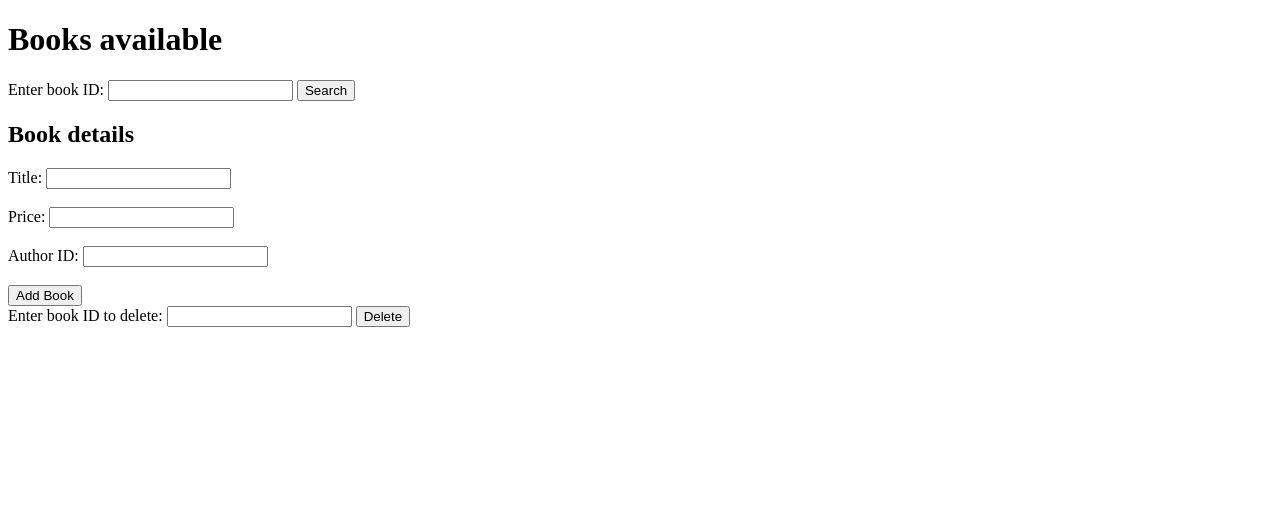
Repository: Afrozzzz/java-training
Page: shop/src/main/resources/static/books.html
The author's editor kept a copy of each file at every save. The page is drawn from the files as they stood at one save, then again after the next save.
The browser window is 1280 px wide. The pictures show the whole page.
The page's requests for data from a server got no answer.

Above is the page before, as saved 2025-03-03 09:50:37.

### shop/src/main/resources/static/books.html
<!DOCTYPE html>
<html lang="en">
<head>
    <meta charset="UTF-8">
    <meta name="viewport" content="width=device-width, initial-scale=1.0">
    <title>Books</title>
</head>
<body>
    <h1>Books available</h1>
    <ul id="bookList"></ul>

    <label for="bookId">Enter book ID:</label>
    <input type="number" id="bookId" name="bookId">
    <button id="searchButton">Search</button>

    <h2>Book details</h2>
    <p id="bookDetails"></p>

    <form id="bookForm">
        <label for="title">Title:</label>
        <input type="text" id="title" name="title"><br><br>
        <label for="price">Price:</label>
        <input type="text" id="price" name="price"><br><br>
        <label for="authorId">Author ID:</label>
        <input type="text" id="authorId" name="authorId"><br><br>
        <button type="button" onclick="addBook()">Add Book</button>
    </form>

    <label for="deleteBookId">Enter book ID to delete:</label>
    <input type="number" id="deleteBookId" name="deleteBookId">
    <button id="deleteButton">Delete</button>

    <script src="bookController.js"></script>
    <script>
        // Fetch all books and display them in a list
        fetch('/api/books')
            .then(response => response.json())
            .then(data => {
                const list = document.getElementById('bookList');
                data.forEach(book => {
                    const li = document.createElement('li');
                    li.textContent = `${book.title} having price $${book.price} with author ID ${book.authorId}`;
                    list.appendChild(li);
                });
            })
            .catch(error => console.error('Error fetching books data:', error));

        // Function to fetch book by ID and display its details
        function fetchBookById() {
            const bookId = document.getElementById("bookId").value;
            if (!bookId) {
                alert("Please enter a book ID");
                return;
            }
            fetch(`/api/books/${bookId}`)
                .then(response => {
                    if (!response.ok) {
                        throw new Error("Book not found");
                    }
                    return response.json();
                })
                .then(book => {
                    document.getElementById("bookDetails").textContent =
                        `Title: ${book.title} || Price: $${book.price} || Author ID: ${book.authorId}`;
                })
                .catch(error => {
                    document.getElementById("bookDetails").textContent = "Book not found";
                });
        }

        // Adding event listener to the search button
        document.getElementById("searchButton").addEventListener("click", fetchBookById);

        // Function to add a new book
        function addBook() {
            const title = document.getElementById('title').value;
            const price = document.getElementById('price').value;
            const authorId = document.getElementById('authorId').value;

            if (!title || !price || !authorId) {
                alert('Please fill in all fields');
                return;
            }

            const newBook = {
                title: title,
                price: price,
                authorId: authorId
            };

            fetch('/api/books', {
                method: 'POST',
                headers: {
                    'Content-Type': 'application/json'
                },
                body: JSON.stringify(newBook)
            })
            .then(response => {
                if (response.ok) {
                    alert('Book added successfully!');
                    // Optionally, refresh the book list by re-fetching the books
                    fetchBooks();  // Assuming fetchBooks is defined to refresh the list
                } else {
                    throw new Error('Failed to add book');
                }
            })
            .catch(error => {
                console.error('Error adding book:', error);
            });
        }

        // Function to delete a book by ID
        function deleteBook() {
            const bookId = document.getElementById('deleteBookId').value;
            if (!bookId) {
                alert('Please enter a book ID');
                return;
            }
            fetch(`/api/books/${bookId}`, {
                method: 'DELETE'
            })
            .then(response => {
                if (response.ok) {
                    alert('Book deleted successfully!');
                    // Optionally, refresh the book list by re-fetching the books
                    fetchBooks();  // Assuming fetchBooks is defined to refresh the list
                } else {
                    throw new Error('Failed to delete book');
                }
            })
            .catch(error => {
                console.error('Error deleting book:', error);
            });
        }

        // Add event listener to the delete button
        document.getElementById("deleteButton").addEventListener("click", deleteBook);
    </script>
</body>
</html>

### shop/src/main/resources/static/BookController.js
function addBook() {

    const title = document.getElementById('title').value;

    const price = document.getElementById('price').value;

    const authorId = document.getElementById('authorId').value;

    if (title && price && authorId) {

        const book = {

            title: title,

            price: price,

            authorId: authorId

        };

        fetch('/api/books', {

            method: 'POST',

            headers: {

                'Content-Type': 'application/json'

            },

            body: JSON.stringify(book)

        })

        .then(response => response.text())

        .then(data => {

            alert(data);

        })

        .catch(error => {

            console.error('Error:', error);

        });

    } else {

        alert('Please fill in all fields.');

    }

}

After the next save:
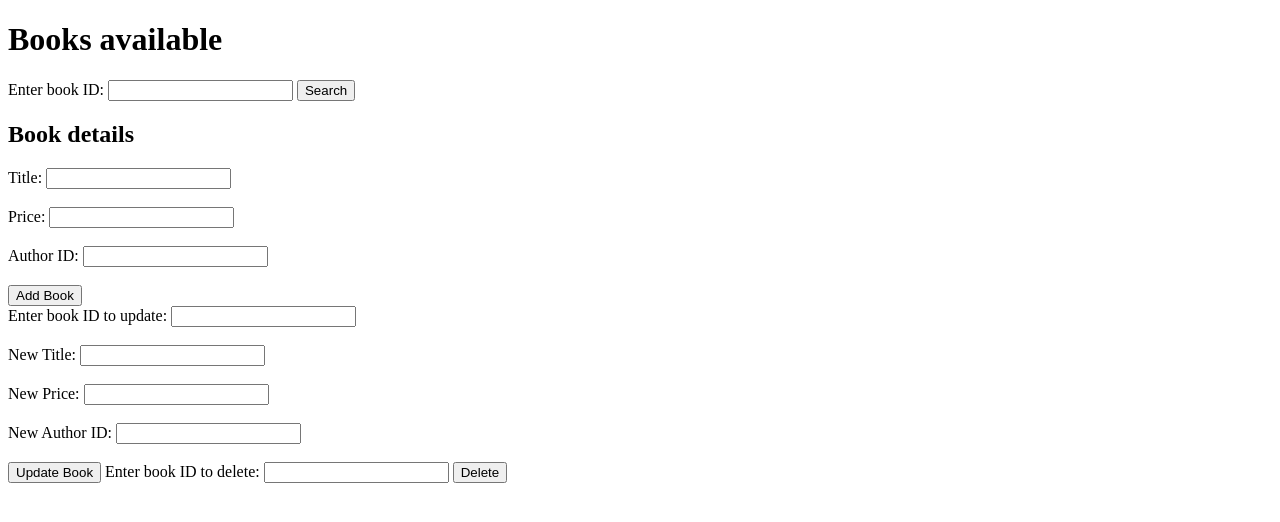
Saved 23 min 28 s later.
--- a/shop/src/main/resources/static/books.html
+++ b/shop/src/main/resources/static/books.html
@@ -25,6 +25,16 @@
         <input type="text" id="authorId" name="authorId"><br><br>
         <button type="button" onclick="addBook()">Add Book</button>
     </form>
+
+    <label for="updateBookId">Enter book ID to update:</label>
+    <input type="number" id="updateBookId" name="updateBookId"><br><br>
+    <label for="updateTitle">New Title:</label>
+    <input type="text" id="updateTitle" name="updateTitle"><br><br>
+    <label for="updatePrice">New Price:</label>
+    <input type="text" id="updatePrice" name="updatePrice"><br><br>
+    <label for="updateAuthorId">New Author ID:</label>
+    <input type="text" id="updateAuthorId" name="updateAuthorId"><br><br>
+    <button type="button" onclick="updateBook()">Update Book</button>
 
     <label for="deleteBookId">Enter book ID to delete:</label>
     <input type="number" id="deleteBookId" name="deleteBookId">
@@ -109,6 +119,45 @@
             });
         }
 
+        // Function to update a book by ID
+        function updateBook() {
+            const bookId = document.getElementById('updateBookId').value;
+            const title = document.getElementById('updateTitle').value;
+            const price = document.getElementById('updatePrice').value;
+            const authorId = document.getElementById('updateAuthorId').value;
+
+            if (!bookId || !title || !price || !authorId) {
+                alert('Please fill in all fields');
+                return;
+            }
+
+            const updatedBook = {
+                title: title,
+                price: price,
+                authorId: authorId
+            };
+
+            fetch(`/api/books/${bookId}`, {
+                method: 'PUT',
+                headers: {
+                    'Content-Type': 'application/json'
+                },
+                body: JSON.stringify(updatedBook)
+            })
+            .then(response => {
+                if (response.ok) {
+                    alert('Book updated successfully!');
+                    // Optionally, refresh the book list by re-fetching the books
+                    fetchBooks();  // Assuming fetchBooks is defined to refresh the list
+                } else {
+                    throw new Error('Failed to update book');
+                }
+            })
+            .catch(error => {
+                console.error('Error updating book:', error);
+            });
+        }
+
         // Function to delete a book by ID
         function deleteBook() {
             const bookId = document.getElementById('deleteBookId').value;
